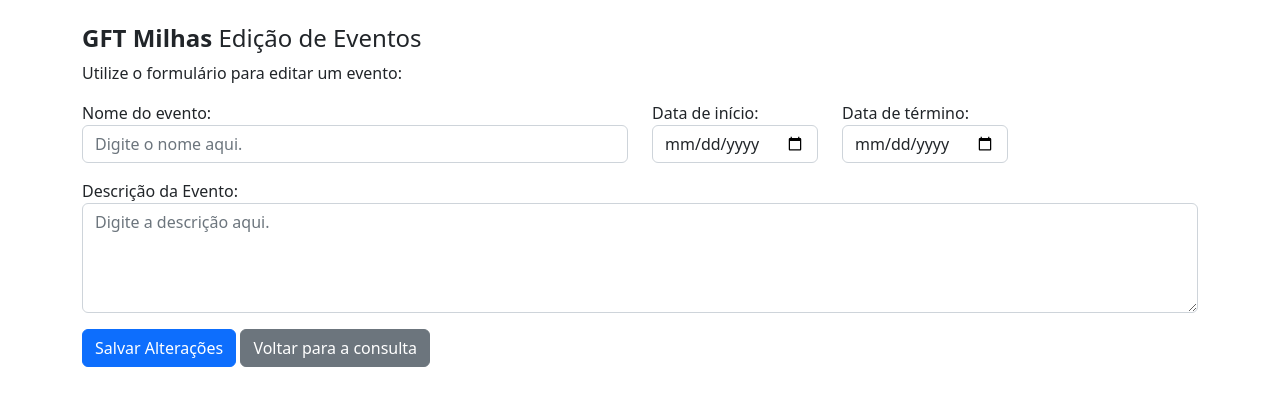
Repository: thamaraamaral/desafio_mvc1
Page: http://localhost/gft-milhas/WEB-INF/views/eventos-edicao.jsp
An editor plug-in stored every save of this project. The page is shown before and after the next save, followed by the edit.
The browser window is 1280 px wide. The pictures show the whole page.
The page is served by Tomcat 9. Nobody is signed in. The template is opened directly, without the code that normally fills it, so the values that code supplies are empty.

Above is the page before, as saved 2022-10-28 18:46:19.

After the next save:
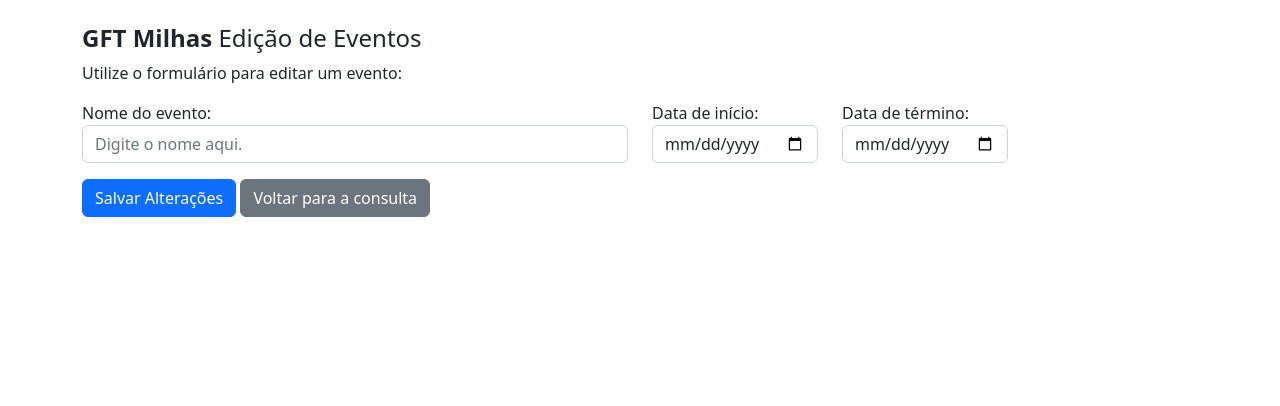
Saved 60 s later.
--- a/gft-milhas/src/main/webapp/WEB-INF/views/eventos-edicao.jsp
+++ b/gft-milhas/src/main/webapp/WEB-INF/views/eventos-edicao.jsp
@@ -42,11 +42,6 @@
 			</div>
 
 			<div class="mb-3">
-				<label>Descrição da Evento:</label>
-				<textarea class="form-control" rows="4" placeholder="Digite a descrição aqui."></textarea>
-			</div>
-
-			<div class="mb-3">
 
 				<input type="submit" value="Salvar Alterações" class="btn btn-primary"/>
 
